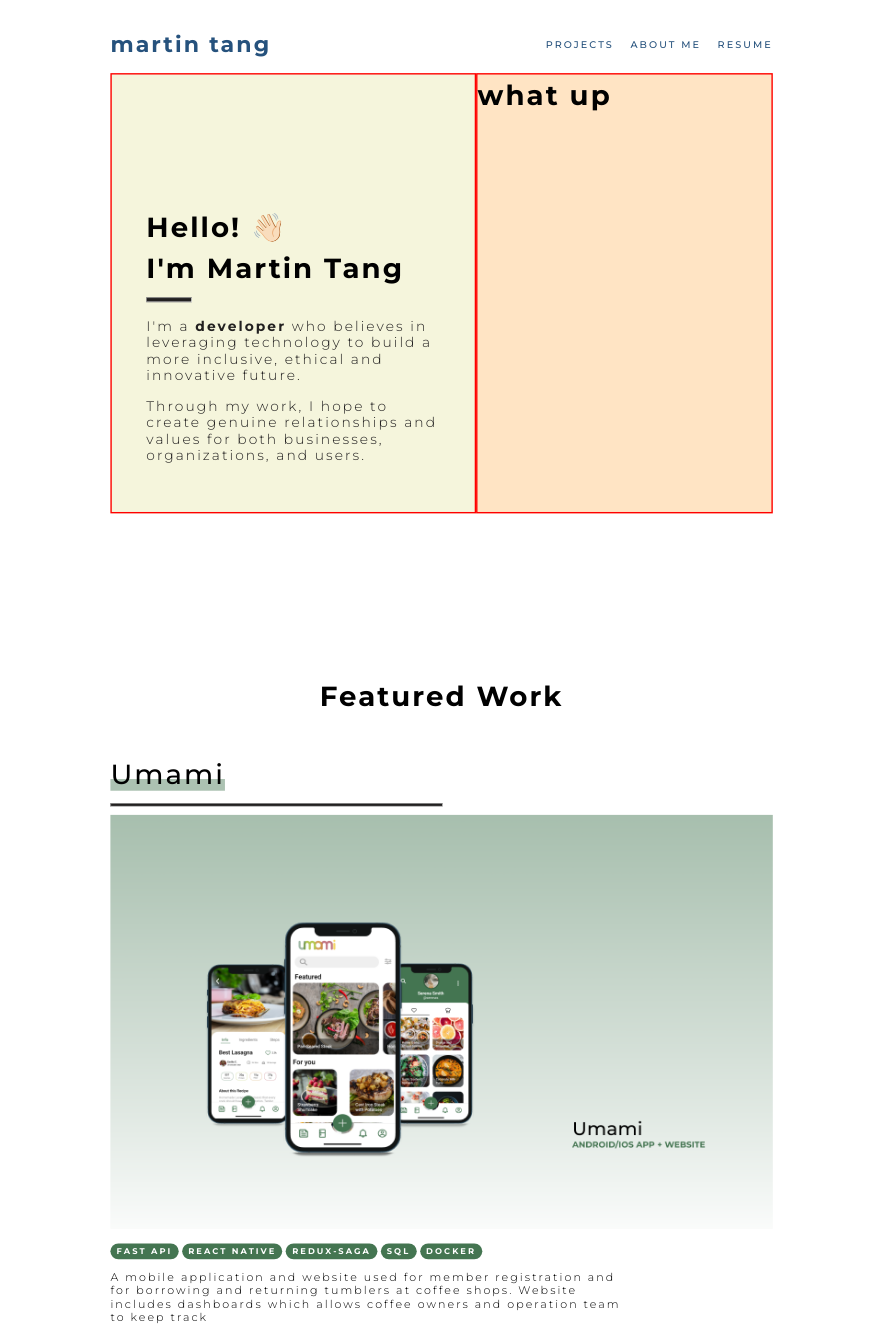
Repository: TangMartin/martintang
Page: index.html
An editor plug-in stored every save of this project. The page is shown before and after the next save, followed by the edit.
The browser window is 1280 px wide. The pictures show the whole page, at 69% of full size.

Above is the page before, as saved 2021-11-24 00:51:18.

After the next save:
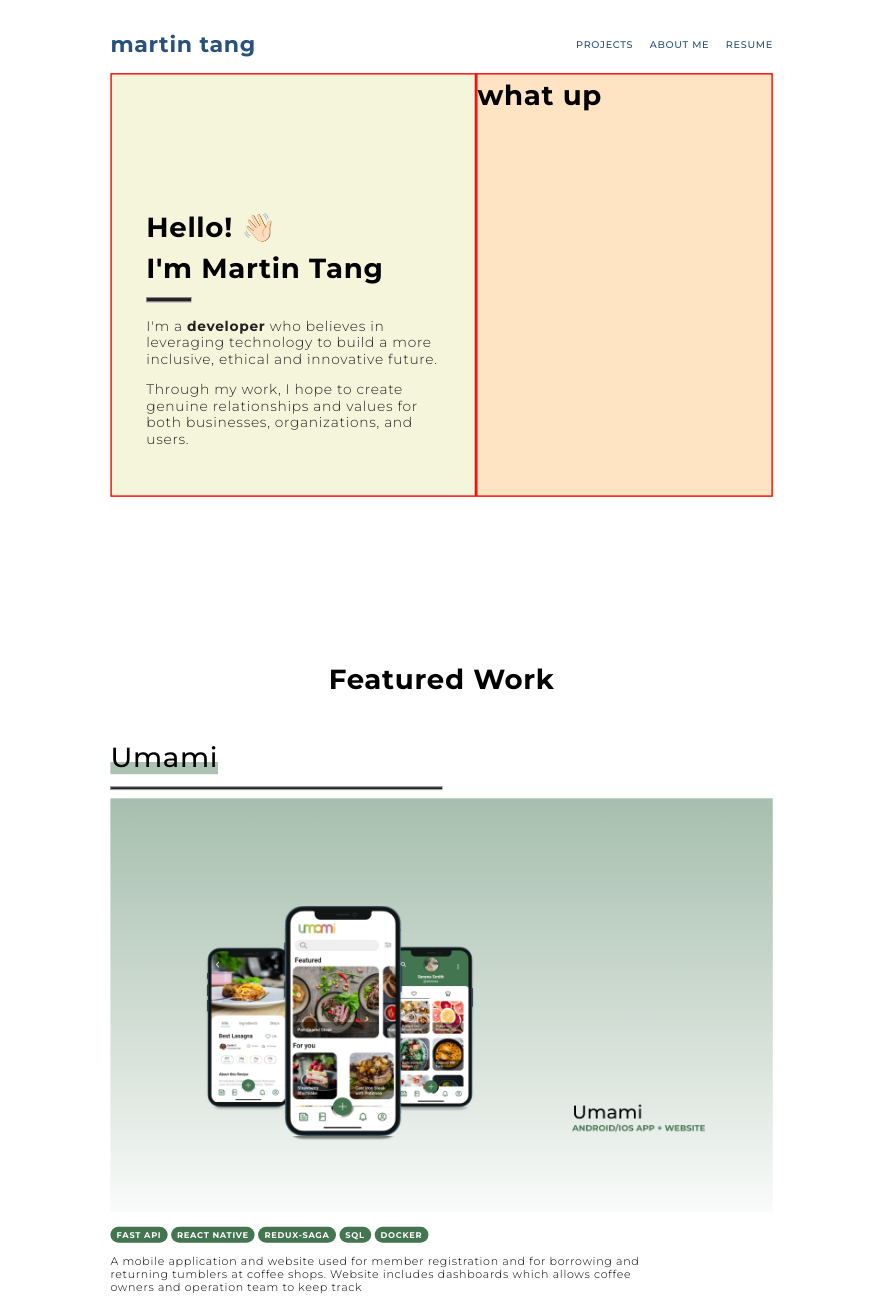
Saved 11 s later.
--- a/styles/style.css
+++ b/styles/style.css
@@ -18,7 +18,7 @@ h3,
 h4,
 h5 {
   font-family: 'Montserrat', sans-serif;
-  letter-spacing: 3px;
+  letter-spacing: 1px;
 }
 
 h1 {
